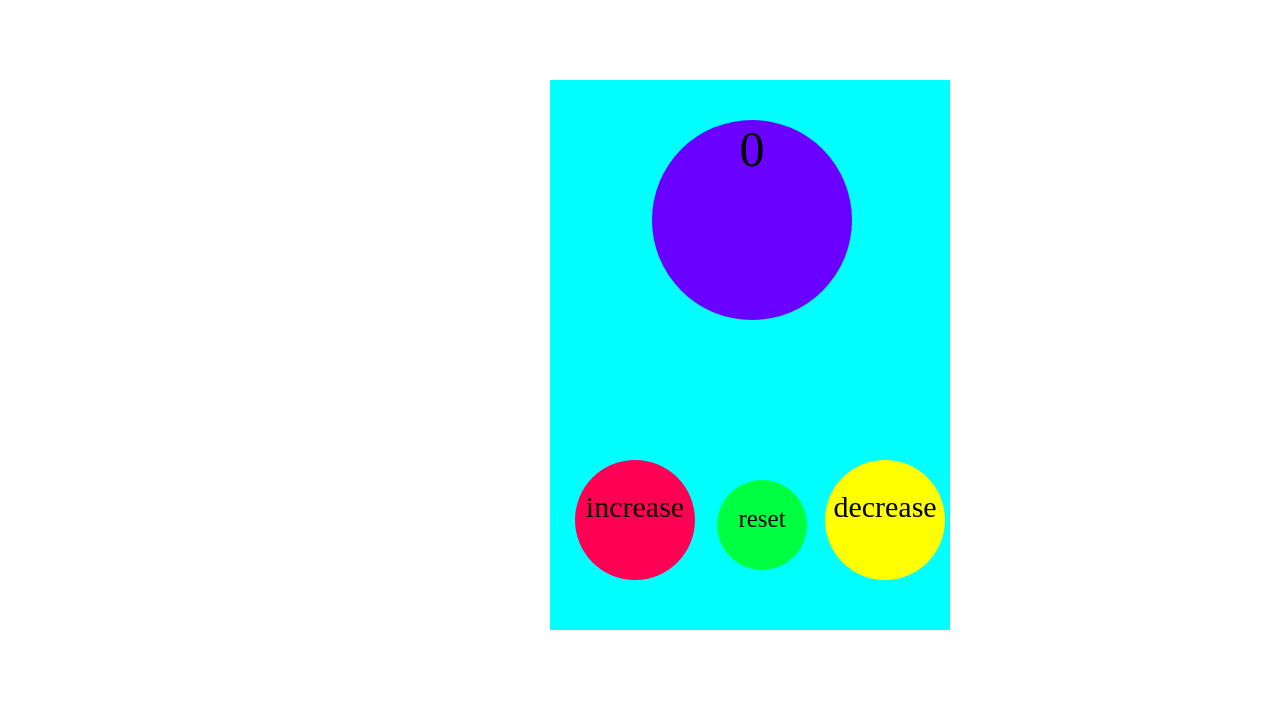
Repository: sara55m/Counter_App
Page: index.html
These files come from the project's save history. The page is drawn as it stood at one moment and after the next save; the edit follows.
The browser window is 1280 px wide. The pictures show the whole page.

Above is the page before, as saved 2024-07-30 03:43:05.

### index.html
<!DOCTYPE html>
<html lang="en">
<head>
    <meta charset="UTF-8">
    <meta name="viewport" content="width=device-width, initial-scale=1.0">
    <title>Document</title>
    <link rel="stylesheet" href="css/style.css">
</head>
<body>
    <div class="container">
        <div class="main" id="main"></div>
        <div class="increase" id="increase" onclick="increase()"><p class="first">increase</p></div>
        <div class="decrease" id="decrease" onclick="decrease()"><p class="second">decrease</p></div>
        <div class="reset" onclick="reset_1()"><p class="third">reset</p></div>
    </div>
    <script src="js/script.js"></script>
</body>
</html>

### css/style.css
.container{
    position: absolute;
    top:80px;
    left:550px;
    height:550px;
    width:400px;
    background-color: aqua;
}

.main{
    position:absolute;
    top:40px;
    left:102px;
    height:200px;
    width:200px;
    border-radius: 50%;
    background-color: rgb(106, 0, 255);
    text-align: center;
    font-size: 50px;
}

.increase{
    position:absolute;
    top:380px;
    left:25px;
    height:120px;
    width:120px;
    border-radius: 50%;
    background-color: rgb(255, 0, 85);
    text-align: center;
    font-size: 50px;
}
p.first,p.second{
    font-size: 30px;;
}

.decrease{
    position:absolute;
    top:380px;
    left:275px;
    height:120px;
    width:120px;
    border-radius: 50%;
    background-color:yellow;
    text-align: center;
    font-size: 50px;
}

.reset{
    position:absolute;
    top:400px;
    left:167px;
    height:90px;
    width:90px;
    border-radius: 50%;
    background-color: rgb(0, 255, 64);
    text-align: center;
    font-size: 50px;
}

p.third{
    font-size: 25px;;
}

### js/script.js
let count=0;
document.getElementById("main").innerHTML=count;
function increase(){
    count+=1;
    document.getElementById("main").innerHTML=count;
}


function decrease(){
    count-=1;
    document.getElementById("main").innerHTML=count;

}

function reset_1(){
    let count=0;
    let x=document.getElementById("main").innerHTML=count;

}

After the next save:
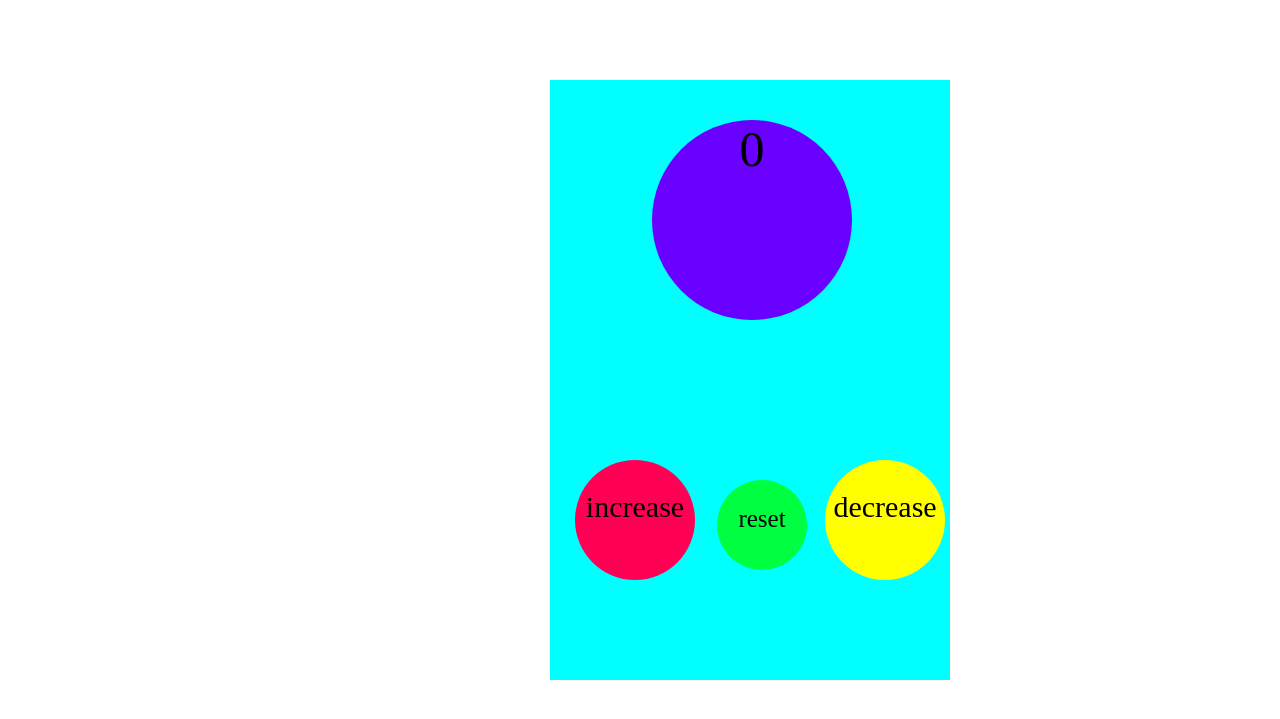
Saved 17 s later.
--- a/css/style.css
+++ b/css/style.css
@@ -2,7 +2,7 @@
     position: absolute;
     top:80px;
     left:550px;
-    height:550px;
+    height:600px;
     width:400px;
     background-color: aqua;
 }
